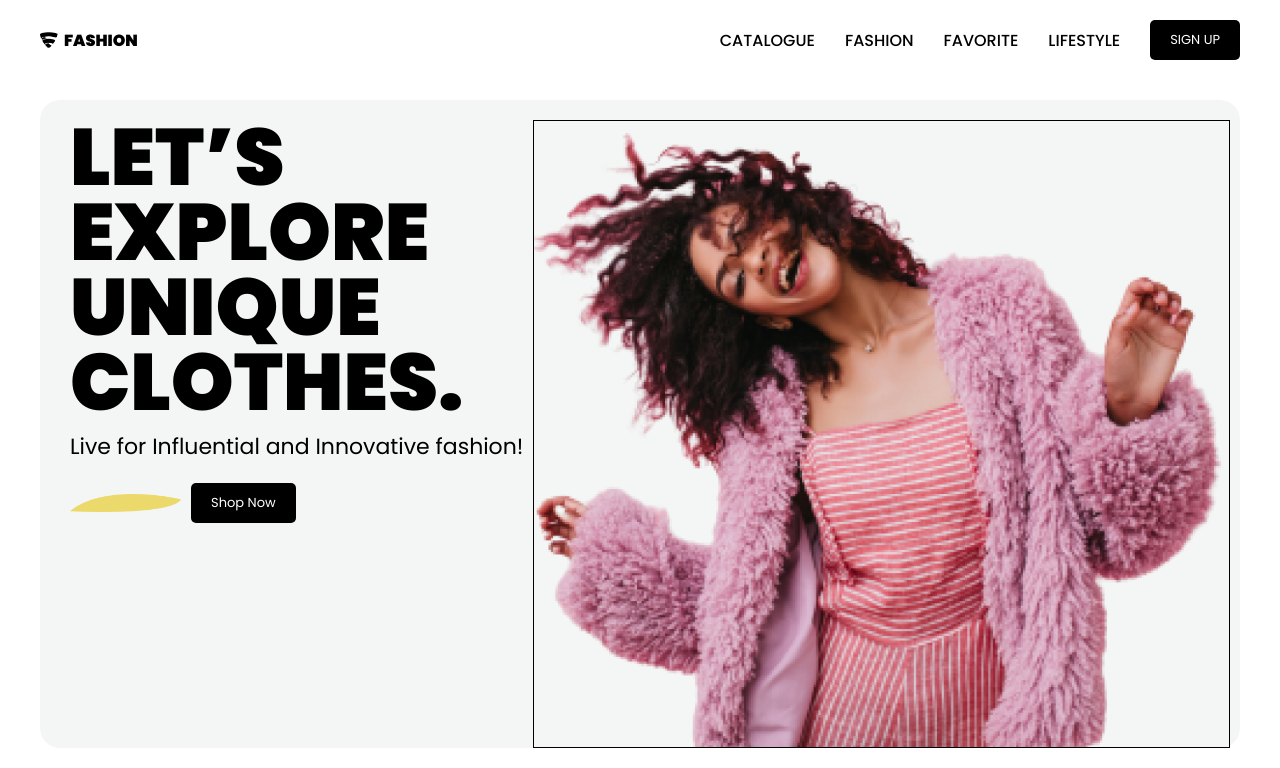
Repository: isaacCodes1/FashionSite2
Page: index.html
An editor plug-in stored every save of this project. The page is shown before and after a run of saves, followed by the edit.
The browser window is 1280 px wide. The pictures show the whole page.

Above is the page before, as saved 2024-03-11 12:31:51.

After the next 2 saves:
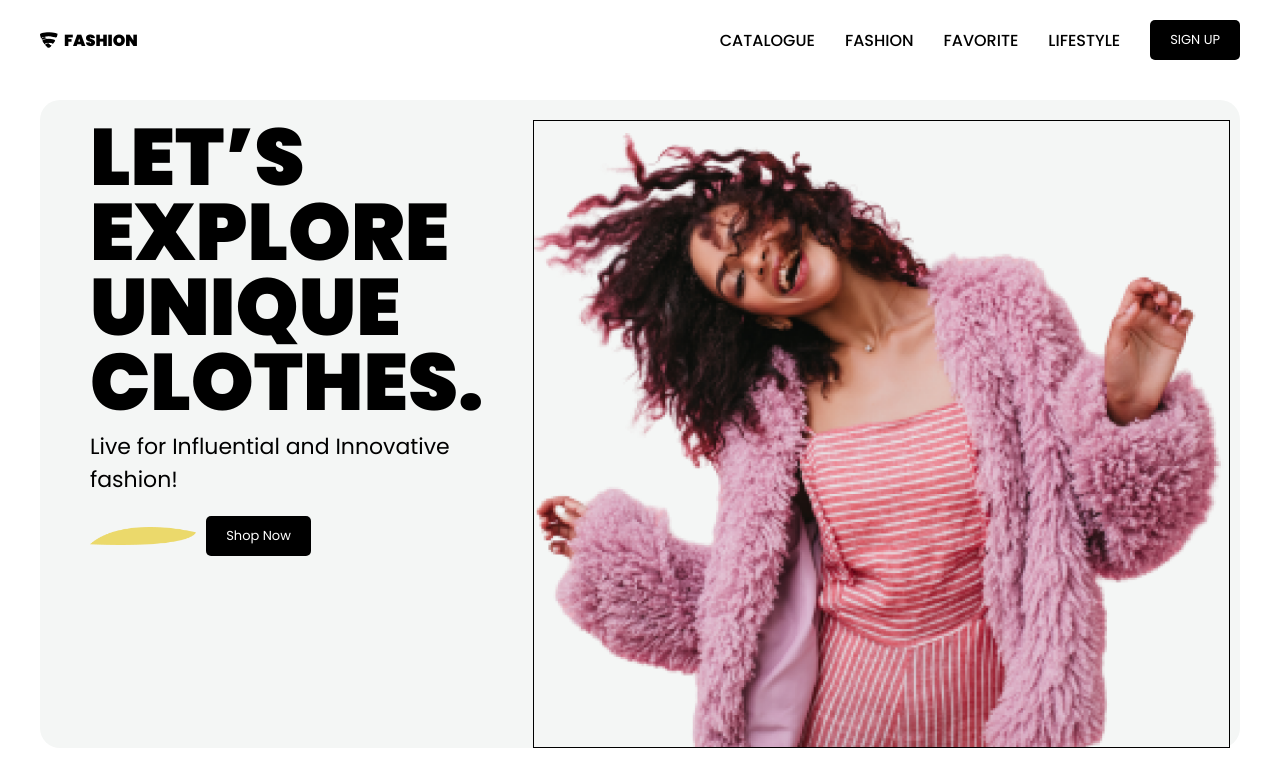
The 2 saves are shown as one change because they came seconds apart.
The last was saved 7 s later.
--- a/style.css
+++ b/style.css
@@ -77,7 +77,7 @@
   flex: 0.5;
   flex-direction: column;
   gap: 10px;
-  padding-left: 20px;
+  padding-left: 40px;
 }
 .textContainer h1 {
   font-size: 80px;
